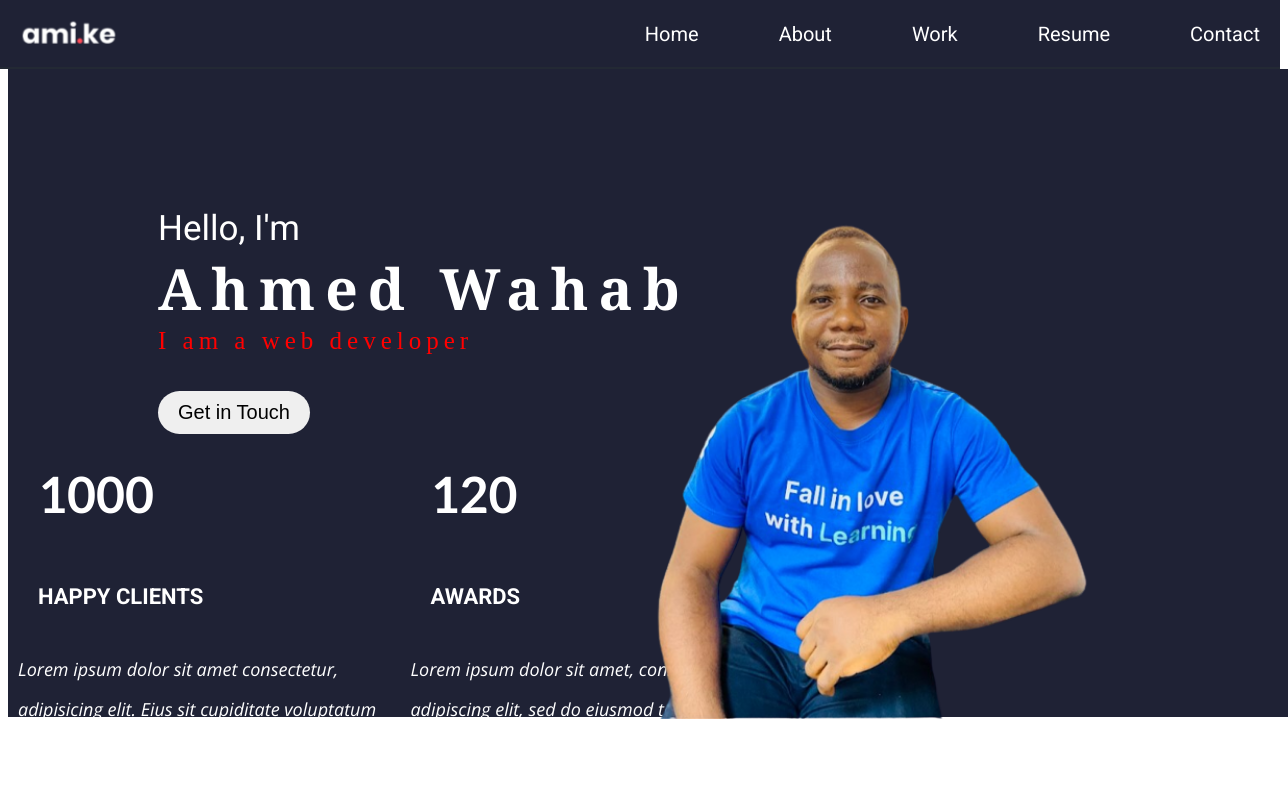
Repository: imokha01/HTML
Page: index.html
An editor plug-in stored every save of this project. The page is shown before and after the next save, followed by the edit.
The browser window is 1280 px wide. The page is 1288 px wide, so the pictures cover 1288 px, including what lies to the right of the window. The pictures show the whole page.

Above is the page before, as saved 2023-11-27 23:34:22.

After the next save:
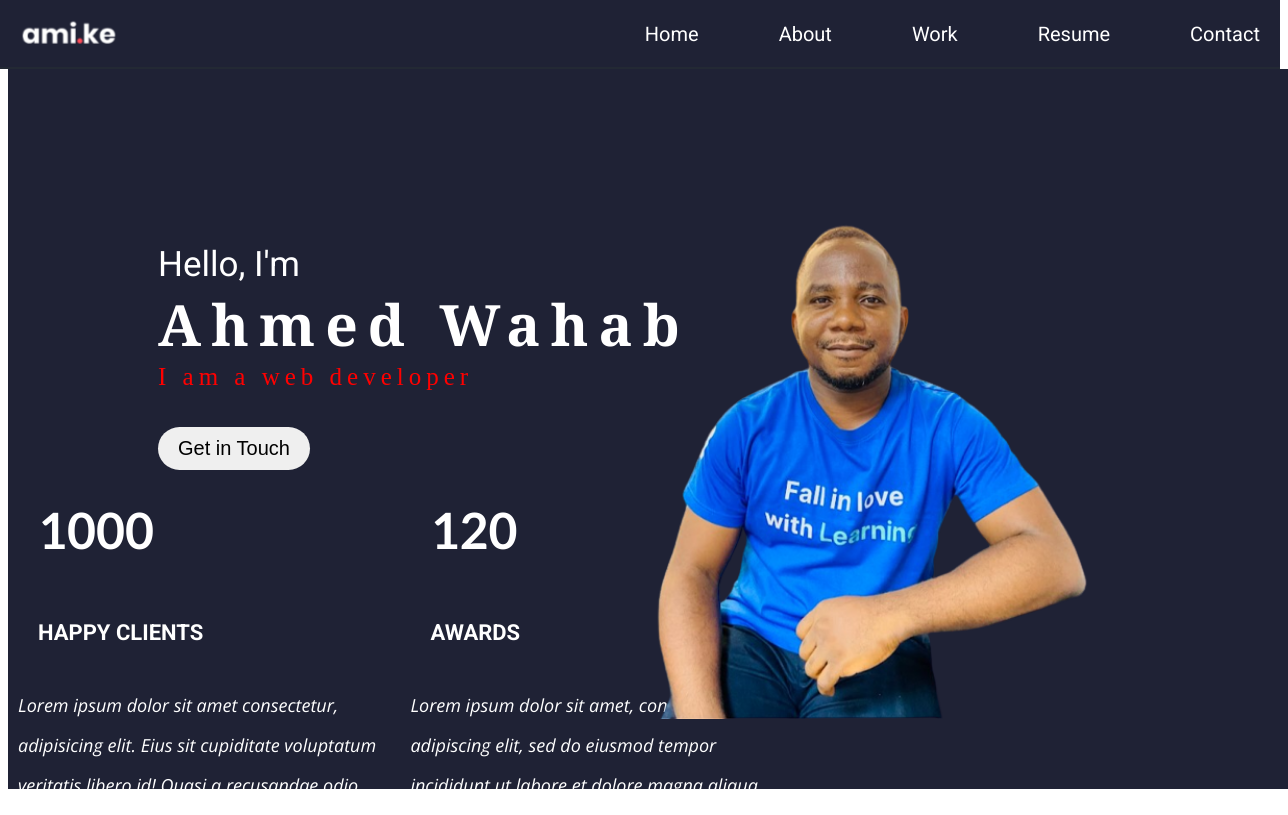
Saved 6 min 34 s later.
--- a/index.css
+++ b/index.css
@@ -72,7 +72,7 @@ li > a {
   justify-content: flex-start;
   align-items: center;
   background-color: #1f2235;
-  height: 90vh;
+  height: 100vh;
   margin-top: 69px;
   margin-left: 30p;
 }
